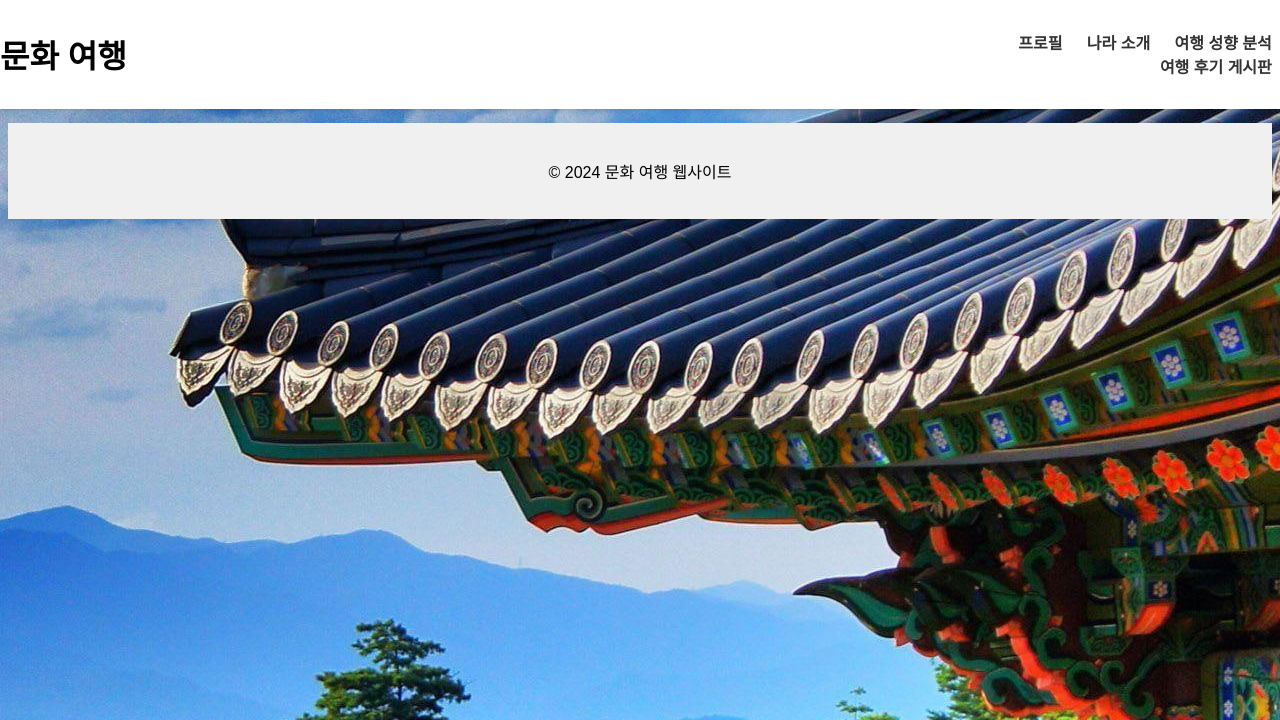
Repository: LifeIsRightward/WebServer
Page: http://localhost/JSPBook/Project/index.jsp?id=null
The author's editor kept a copy of each file at every save. The page is drawn from the files as they stood at one save, then again after the next save.
The browser window is 1280 px wide. The pictures show the whole page.
The page is served by Tomcat 9.

Above is the page before, as saved 2024-06-04 15:40:20.

After the next save:
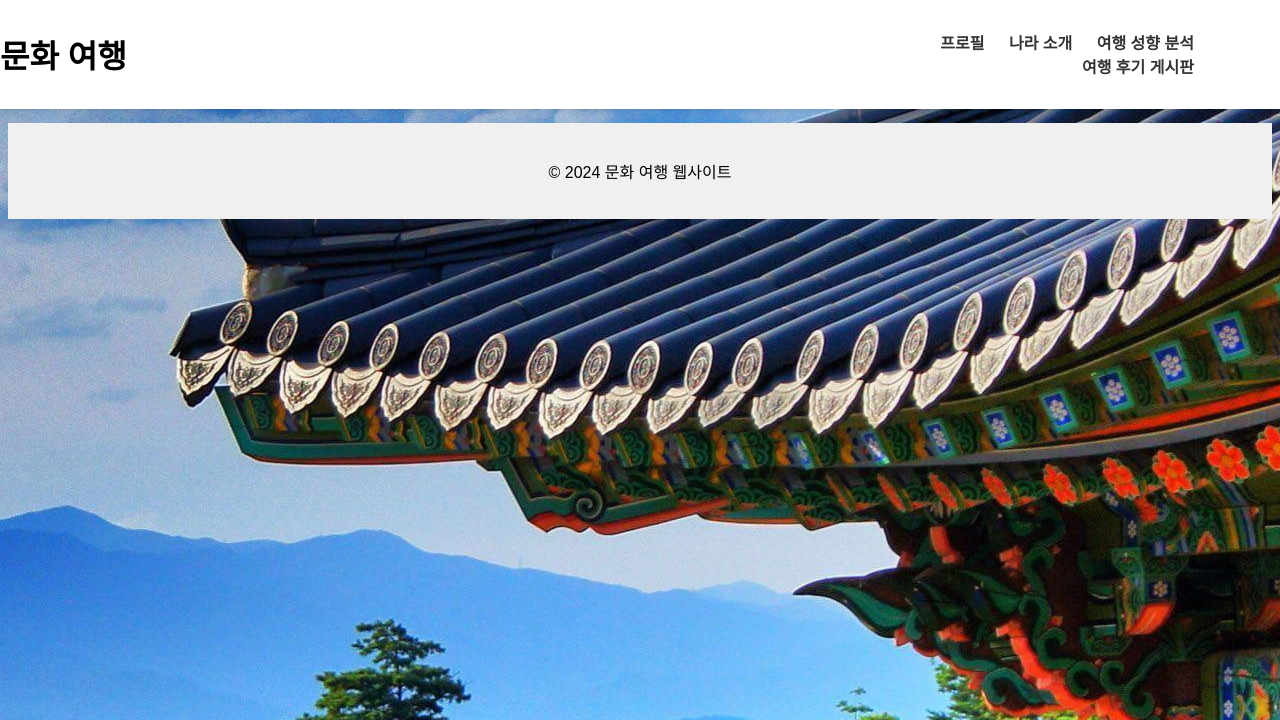
Saved 6 s later.
--- a/JSPBook/src/main/webapp/Project/index.jsp
+++ b/JSPBook/src/main/webapp/Project/index.jsp
@@ -33,7 +33,7 @@ header {
 
 nav ul {
     list-style: none; /* 기본 목록 스타일 제거 */
-    margin-right: 1%;
+    margin-right: 20%;
     padding: 1%; /* 여백 제거 */
     text-align: right; /* 오른쪽 정렬 */
 }
